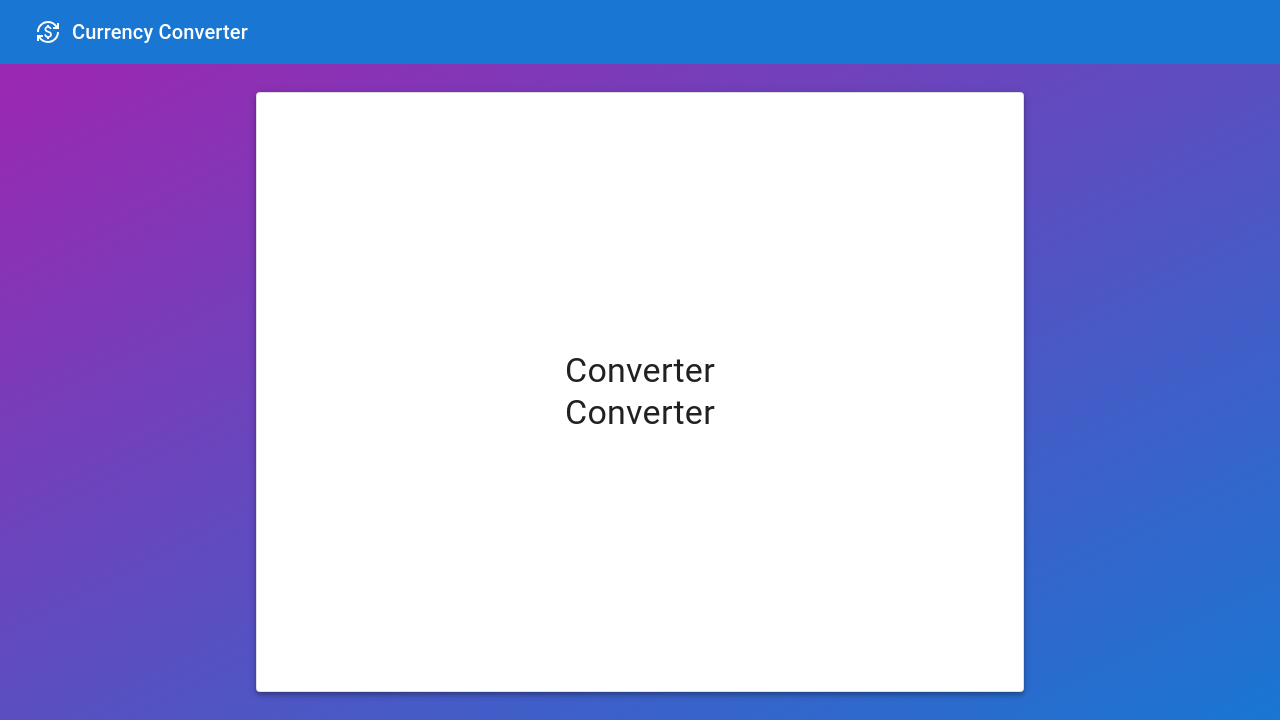
Repository: rutsguifd/currency-converter
Page: /
These files come from the project's save history. The page is drawn as it stood at one moment and after the next save; the edit follows.
The browser window is 1280 px wide. The pictures show the whole page.
The project was rebuilt for these pictures with package versions that can differ from the ones it lists, and the page was loaded fresh each time. Also part of the build but not shown: src/components/ErrorBoundary.jsx.

Above is the page before, as saved 2023-03-27 23:47:01.

### src/index.js
import { CssBaseline } from "@mui/material";
import React from "react";
import ReactDOM from "react-dom/client";
import { Provider } from "react-redux";
import { BrowserRouter } from "react-router-dom";
import App from "./App";
import { setupStore } from "./store";

const store = setupStore();

const root = ReactDOM.createRoot(document.getElementById("root"));
root.render(
  <Provider store={store}>
    <BrowserRouter>
      <CssBaseline>
        <App />
      </CssBaseline>
    </BrowserRouter>
  </Provider>
);

### src/App.js
import AppRouter from "./router/AppRouter";

function App() {
  return (
    <>
      <AppRouter />
    </>
  );
}

export default App;

### src/store/index.js
import { combineReducers, configureStore } from "@reduxjs/toolkit";
import { ConverterAPI } from "./ConverterService";

const rootReducer = combineReducers({
  [ConverterAPI.reducerPath]: ConverterAPI.reducer,
});

export const setupStore = () => {
  return configureStore({
    reducer: rootReducer,
    middleware: (getDefaultMiddleware) =>
      getDefaultMiddleware().concat(ConverterAPI.middleware),
  });
};

### src/router/AppRouter.jsx
import React from "react";
import { Route, Routes } from "react-router-dom";
import ErrorBoundary from "../components/ErrorBoundary";
import HomePage from "../pages/HomePage";

const AppRouter = () => {
  return (
    <Routes>
      <Route path="/" element={<HomePage />} />
      <Route path="/error" element={<ErrorBoundary />} />
    </Routes>
  );
};

export default AppRouter;

### src/store/ConverterService.js
import { createApi, fetchBaseQuery } from "@reduxjs/toolkit/dist/query/react";

const BASE_URL = "https://api.apilayer.com/exchangerates_data/";

const BASE_QUERY = fetchBaseQuery({
  baseUrl: BASE_URL,
  prepareHeaders: (headers) => {
    headers.set("apikey", "3yTPGVUhUYyAGGgNkKb2MySzxmY4qcWi");
    return headers;
  },
});

export const ConverterAPI = createApi({
  reducerPath: "ConverterAPI",
  baseQuery: BASE_QUERY,
  tagTypes: ["ConverterAPI"],
  endpoints: (build) => ({
    getLatestCurrency: build.query({
      query: ({ symbols, base }) => `latest?symbols=${symbols}&base=${base}`,
    }),
  }),
});

### src/pages/HomePage.jsx
import React from "react";
import ConvertContainer from "../components/ConvertContainer";
import MainLayout from "../layout/MainLayout";

const HomePage = () => {
  return (
    <MainLayout>
      <ConvertContainer />
    </MainLayout>
  );
};

export default HomePage;

### src/components/ConvertContainer.jsx
import { Container, Paper, useTheme } from "@mui/material";
import React from "react";
import Convert from "./Convert";

const ConvertContainer = () => {
  const theme = useTheme();

  return (
    <Container
      maxWidth={false}
      disableGutters
      sx={{
        display: "flex",
        justifyContent: "center",
        alignItems: "center",
        minHeight: "calc(100vh - 64px)",
        background: `linear-gradient(to right bottom, ${theme.palette.secondary.main},  ${theme.palette.primary.main})`,
      }}
    >
      <Paper
        variant="outlined"
        sx={{
          p: 4,
          display: "flex",
          flexDirection: "column",
          alignItems: "center",
          justifyContent: "center",
          width: "60vw",
          minWidth: "400px",
          height: "60vh",
          minHeight: "600px",
          gap: 4,
          boxShadow: 4,
        }}
      >
        <Convert />
      </Paper>
    </Container>
  );
};

export default ConvertContainer;

### src/layout/MainLayout.jsx
import React from "react";
import Header from "../components/Header";

const MainLayout = ({ children }) => {
  return (
    <>
      <Header />
      {children}
    </>
  );
};

export default MainLayout;

### src/components/Convert.jsx
import { Box, Typography } from "@mui/material";
import React from "react";

const Convert = () => {
  return (
    <Box>
      <Typography variant="h4">Converter</Typography>
      <Typography variant="h4">Converter</Typography>
    </Box>
  );
};

export default Convert;

### src/components/Header.jsx
import {
  AppBar,
  Box,
  CircularProgress,
  IconButton,
  Toolbar,
  Typography,
} from "@mui/material";
import CurrencyExchangeIcon from "@mui/icons-material/CurrencyExchange";
import EuroSymbolIcon from "@mui/icons-material/EuroSymbol";
import AttachMoneyIcon from "@mui/icons-material/AttachMoney";
import React from "react";
import { ConverterAPI } from "../store/ConverterService";
import { useNavigate } from "react-router-dom";

const Header = () => {
  const navigate = useNavigate();

  //   const {
  //     data: USDData,
  //     error: USDError,
  //     isLoading: USDLoading,
  //   } = ConverterAPI.useGetLatestCurrencyQuery({
  //     symbols: "UAH",
  //     base: "USD",
  //   });
  //   const {
  //     data: EURData,
  //     error: EURError,
  //     isLoading: EURLoading,
  //   } = ConverterAPI.useGetLatestCurrencyQuery({
  //     symbols: "UAH",
  //     base: "EUR",
  //   });
  //   if (USDError || EURError) {
  //     return navigate("/error");
  //   }
  return (
    <Box sx={{ flexGrow: 1 }}>
      <AppBar position="static">
        <Toolbar>
          <IconButton size="large" color="inherit">
            <CurrencyExchangeIcon />
          </IconButton>
          <Typography variant="h6" component="div" sx={{ flexGrow: 1 }}>
            Currency Converter
          </Typography>
          {/* <Box margin={2} display="flex" flexDirection="row">
            <EuroSymbolIcon />
            {EURLoading ? (
              <CircularProgress />
            ) : (
              <Typography>{EURData.rates.UAH}</Typography>
            )}
          </Box>
          <Box margin={2} display="flex" flexDirection="row">
            <AttachMoneyIcon />
            {USDLoading ? (
              <CircularProgress />
            ) : (
              <Typography>{USDData.rates.UAH}</Typography>
            )}
          </Box> */}
        </Toolbar>
      </AppBar>
    </Box>
  );
};

export default Header;

Loaded but not shown: public/index.html (common file)

After the next save:
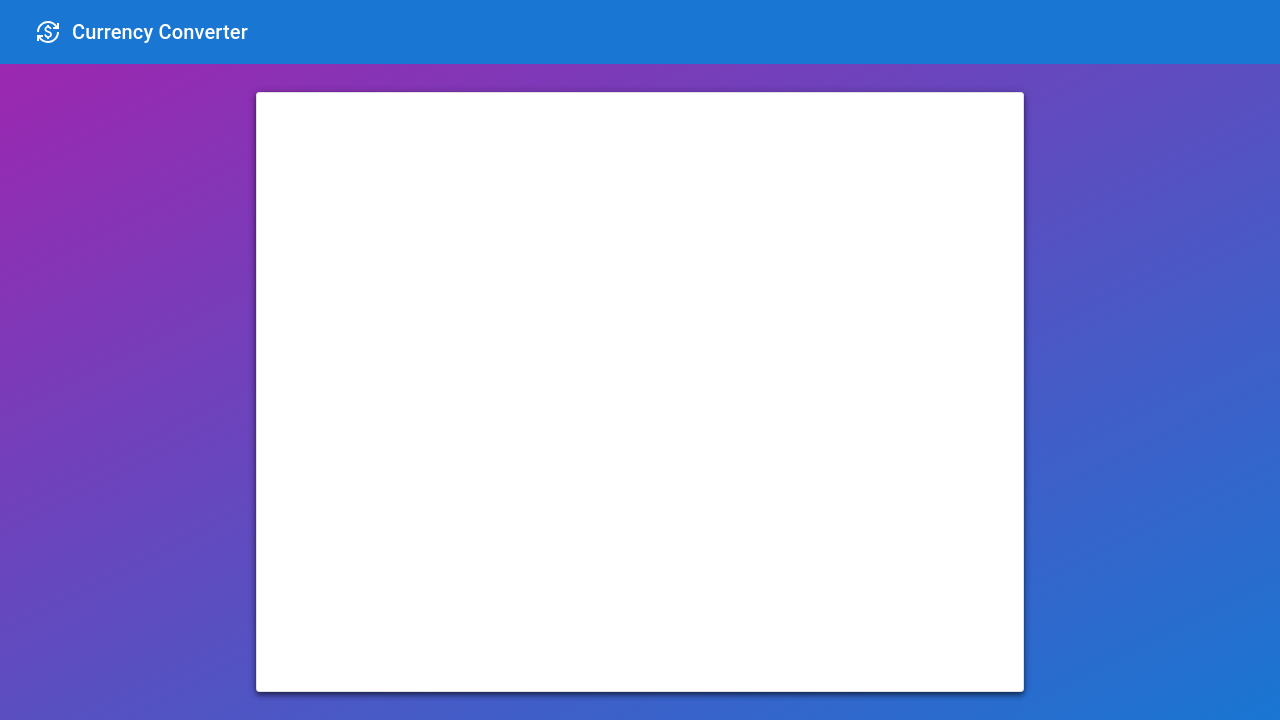
Saved 34 s later.
--- a/src/components/Convert.jsx
+++ b/src/components/Convert.jsx
@@ -1,12 +1,26 @@
-import { Box, Typography } from "@mui/material";
+import { Paper, Typography } from "@mui/material";
 import React from "react";
 
 const Convert = () => {
   return (
-    <Box>
-      <Typography variant="h4">Converter</Typography>
-      <Typography variant="h4">Converter</Typography>
-    </Box>
+    <Paper
+      variant="outlined"
+      sx={{
+        p: 4,
+        display: "flex",
+        flexDirection: "column",
+        alignItems: "center",
+        justifyContent: "center",
+        width: "60vw",
+        minWidth: "400px",
+        height: "60vh",
+        minHeight: "600px",
+        gap: 4,
+        boxShadow: 4,
+      }}
+    >
+      <Typography variant="h4"></Typography>
+    </Paper>
   );
 };
 
